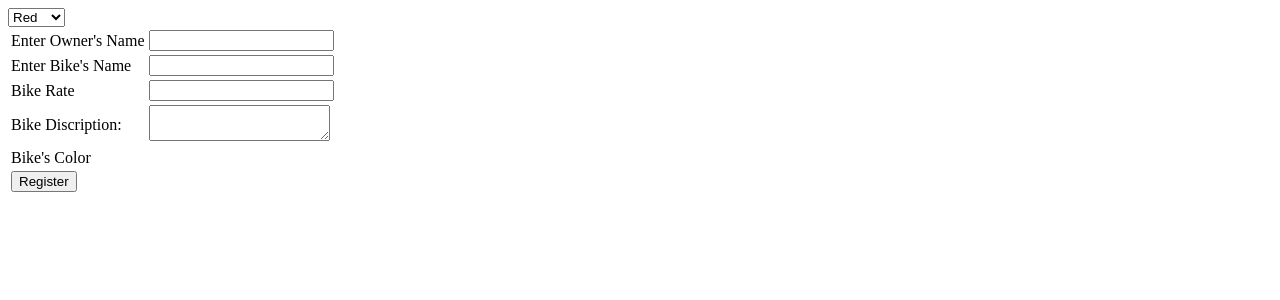
Repository: shivanishinde30/shivanisss
Page: http://localhost/BikeSellDemo/WEB-INF/views/sellbike.jsp
An editor plug-in stored every save of this project. The page is shown before and after the next save, followed by the edit.
The browser window is 1280 px wide. The pictures show the whole page.
The page is served by Tomcat 9. Nobody is signed in. Other server files are loaded and not shown. The template is opened directly, without the code that normally fills it, so the values that code supplies are empty.

Above is the page before, as saved 2019-12-03 04:58:02.

### BikeSellDemo/src/main/webapp/WEB-INF/views/sellbike.jsp
<%@ page language="java" contentType="text/html; charset=UTF-8"
    pageEncoding="UTF-8"%>
<!DOCTYPE html>
<html>
<head>
<meta charset="UTF-8">
<title>Insert title here</title>
</head>
<body>

<form> <!-- action="addBike" -->
<table>

<tr>
<td>Enter Owner's Name</td>
<td><input type="text" name="oname"></td>
</tr>

<tr>
<td>Enter Bike's Name</td>
<td><input type="text" name="bname"></td>
</tr>

<tr>
<td>Bike Rate</td>
<td><input type="text" name="rate"></td>
</tr>

<tr>
<td>Bike Discription:</td>
<td><textarea  rows="2" cols="20" name="disc" ></textarea></td>
</tr>

<tr>
<td>Bike's Color</td>
<select name="color">
<option>Red</option>
<option>Black</option>
<option>White</option>
<option>Silver</option>
</select>
<tr>
<td><input type="submit" name="btn" value="Register"></td>
</tr>

</table>
</form>
</body>
</html>

After the next save:
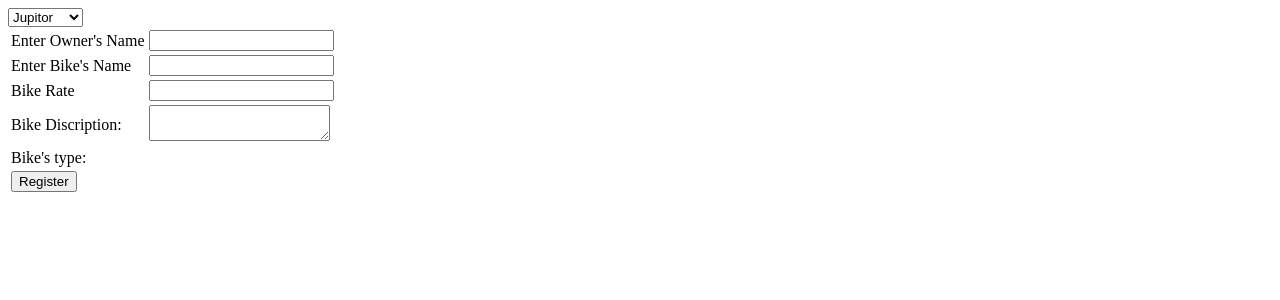
Saved 68 s later.
--- a/BikeSellDemo/src/main/webapp/WEB-INF/views/sellbike.jsp
+++ b/BikeSellDemo/src/main/webapp/WEB-INF/views/sellbike.jsp
@@ -32,13 +32,15 @@
 </tr>
 
 <tr>
-<td>Bike's Color</td>
-<select name="color">
-<option>Red</option>
-<option>Black</option>
-<option>White</option>
-<option>Silver</option>
+<td>Bike's type:</td>
+<select name="type">
+<option>Jupitor</option>
+<option>Activa</option>
+<option>Wego</option>
+<option>Pleasure</option>
 </select>
+</tr>
+
 <tr>
 <td><input type="submit" name="btn" value="Register"></td>
 </tr>
